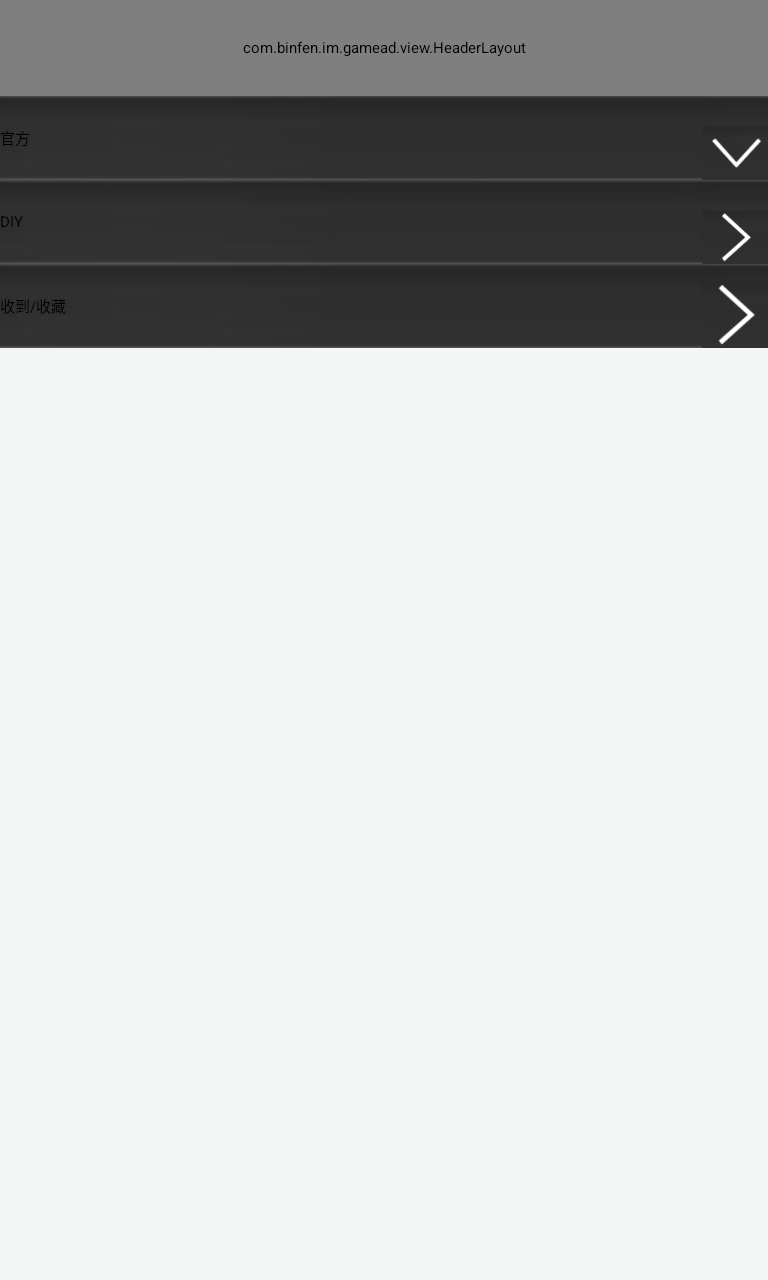
Repository: hosle/gad2
Layout: gamead_IM2/res/layout/xxh_gamelayout1.xml
These files come from the project's save history. The layout is drawn as it stood at one moment and after the next save; the edit follows.
Pictures or frames that could not be fetched are drawn as grey boxes. It is drawn on a 768 x 1280 px phone screen (xhdpi) without system bars, with theme AppTheme; the app's code is not run. Lists and similar views that code fills are empty.

Above is the layout before, as saved 2015-06-26 06:07:41.

### gamead_IM2/res/layout/xxh_gamelayout1.xml
<?xml version="1.0" encoding="utf-8"?>
<LinearLayout xmlns:android="http://schemas.android.com/apk/res/android"
    android:layout_width="match_parent"
    android:layout_height="match_parent"
    android:background="@color/base_bg"
    android:orientation="vertical" >

    <include
        android:id="@+id/common_actionbar"
        layout="@layout/include_action_bar" />

    <LinearLayout
        android:layout_width="match_parent"
        android:layout_height="42dp"
        android:orientation="vertical" >

        <RelativeLayout
            android:layout_width="match_parent"
            android:layout_height="42dp"
            android:background="@drawable/xxh_game_dir" >

            <TextView
                android:id="@+id/official_game"
                android:layout_width="wrap_content"
                android:layout_height="wrap_content"
                android:layout_alignParentLeft="true"
                android:layout_centerVertical="true"
                android:text="官方"
                android:textAppearance="?android:attr/textAppearanceLarge" />

            <ImageButton
                android:id="@+id/xxh_imagebnt1"
                android:layout_width="wrap_content"
                android:layout_height="wrap_content"
                android:layout_alignParentRight="true"
                android:layout_alignTop="@+id/official_game"
                android:background="@drawable/xxh_game_bkimgbnt"
                android:src="@drawable/xxh_game_ad" />

        </RelativeLayout>
    </LinearLayout>

    <com.binfen.im.gamead.view.ClearEditText
        android:id="@+id/et_msg_search"
        android:layout_width="fill_parent"
        android:layout_height="@dimen/base_action_bar_height"
        android:layout_margin="10dp"
        android:background="@drawable/base_edit_input"
        android:drawableLeft="@drawable/icon_msg_search"
        android:drawablePadding="10dp"
        android:hint="@string/message_search_hint"
        android:paddingLeft="10dp"
        android:paddingRight="10dp"
        android:singleLine="true"
        android:visibility="gone" />

<!--     <GridView
        android:id="@+id/gridgame"
        android:layout_width="match_parent"
        android:layout_height="260dp"
        android:layout_weight="0.82"
        android:columnWidth="90dp"
        android:gravity="center"
        android:horizontalSpacing="5dp"
        android:numColumns="auto_fit"
        android:stretchMode="columnWidth"
        android:verticalSpacing="5dp" >
    </GridView> -->
    <ListView
        android:id="@+id/listgame"
        android:layout_width="match_parent"
        android:layout_height="wrap_content"

        ></ListView>

    <LinearLayout
        android:layout_width="match_parent"
        android:layout_height="87dp"
        android:orientation="vertical" >

        <RelativeLayout
            android:layout_width="match_parent"
            android:layout_height="42dp"
            android:background="@drawable/xxh_game_dir" >

            <TextView
               android:id="@+id/receive_game"
               android:layout_width="wrap_content"
               android:layout_height="wrap_content"
               android:layout_alignParentLeft="true"
               android:layout_centerVertical="true"
               android:text="DIY"
               android:textAppearance="?android:attr/textAppearanceLarge" />

           <ImageButton
               android:id="@+id/xxh_imagebnt2"
               android:layout_width="wrap_content"
               android:layout_height="wrap_content"
               android:layout_alignParentRight="true"
               android:layout_alignTop="@+id/receive_game"
               android:background="@drawable/xxh_game_bkimgbnt"
               android:src="@drawable/xxh_game_ar" />

        </RelativeLayout>

        <RelativeLayout
            android:layout_width="match_parent"
            android:layout_height="42dp"
            android:background="@drawable/xxh_game_dir" >
           <TextView
               android:id="@+id/save_game"
               android:layout_width="wrap_content"
               android:layout_height="wrap_content"
               android:layout_alignParentLeft="true"
               android:layout_centerVertical="true"
               android:text="收到/收藏"
               android:textAppearance="?android:attr/textAppearanceLarge" />

           <ImageButton
               android:id="@+id/xxh_imagebnt3"
               android:layout_width="wrap_content"
               android:layout_height="wrap_content"
               android:layout_alignParentBottom="true"
               android:layout_alignParentRight="true"
               android:background="@drawable/xxh_game_bkimgbnt"
               android:src="@drawable/xxh_game_ar" />

        </RelativeLayout>

    </LinearLayout>

</LinearLayout>

### gamead_IM2/res/values/colors.xml
<?xml version="1.0" encoding="utf-8"?>
<resources>

    <color name="base_actionbar_bg">#f5f5f5</color>
    <color name="base_action_bar_title_color">#2f2725</color>
    <color name="base_tab_indicator_text_color">#f82c22</color>
    <color name="base_menu_left_bg">#393c44</color>
    <color name="pull_refresh_textview">#000000</color>
    <color name="base_color_text_black">#3e3e39</color>
    <color name="base_color_text_gray">#9fa0a0</color>
    <color name="base_color_text_white">#ffffff</color>
    <color name="home_item_color_bg">#f4f6f6</color>
    <color name="base_bg">#f4f6f6</color>
    <!-- zxing -->
    <color name="color_half_transparent">#b0000000</color>
    <color name="color_transparent_bg">#80000000</color>
    <color name="color_transparent_bg1">#e0000000</color>
    <!-- emot -->
    <color name="msg_emote_divider">#ffa1a1a1</color>
    <color name="color_bottom_bg">#272a2e</color>
    <color name="color_bottom_text_normal">#9da0a4</color>
    <color name="color_bottom_text_press">#4f9ef6</color>
    <color name="text_gray">#969696</color>
    <color name="transparent">#00000000</color>
    <color name="msg_chat_bg">#eceff4</color>

    <color name="theme_bg_color">#f0f2f5</color>
    <color name="color_theme">#489cfa</color>
    <color name="c_f98800">#ed4e23</color>

    <color name="dialog_color_title">#f82c22</color>
    <color name="guide_color">#898989</color>

    <color name="common_bg">#fcfcfc</color>

</resources>

### gamead_IM2/res/layout/include_action_bar.xml
<?xml version="1.0" encoding="utf-8"?>
<com.binfen.im.gamead.view.HeaderLayout
    xmlns:android="http://schemas.android.com/apk/res/android"
    android:layout_width="match_parent"
    android:layout_height="@dimen/base_action_bar_height" >

</com.binfen.im.gamead.view.HeaderLayout>

### gamead_IM2/res/values/dimens.xml
<resources>

    <!-- Default screen margins, per the Android Design guidelines. -->
    <dimen name="activity_horizontal_margin">16dp</dimen>
    <dimen name="activity_vertical_margin">16dp</dimen>
    <dimen name="text_size_small">14sp</dimen>
    <dimen name="text_size_medium">16sp</dimen>
    <dimen name="text_size_large">18sp</dimen>
    <dimen name="base_action_bar_height">48.0dip</dimen>
    <dimen name="base_action_bar_title_size">22.0sp</dimen>
    <dimen name="register_margin">10.0dp</dimen>
    <dimen name="base_scrollview_top_height">50.0dip</dimen>
    <dimen name="tab_padding_top_bottom">15dp</dimen>
    <dimen name="tab_padding_left_right">40dp</dimen>
    <dimen name="tab_height">48dp</dimen>
    <dimen name="base_line_width_1">1dip</dimen>
    <dimen name="base_line_width_2">2dip</dimen>
    <dimen name="base_line_width">0.5dip</dimen>

    <dimen name="time_line_line_left_margin">24dip</dimen>
    <dimen name="time_line_line_width">2.0dip</dimen>
    <dimen name="time_line_content_left_margin">52.0dip</dimen>
    <dimen name="time_line_content_right_margin">7.0dip</dimen>

    <dimen name="score_item_height">100.0dip</dimen>
     <dimen name="message_top_height">70.0dip</dimen>

     <dimen name="margin_chat_top">5.0dip</dimen>
</resources>

### gamead_IM2/res/values/strings.xml
<?xml version="1.0" encoding="utf-8"?>
<resources>

    <string name="app_name">缤分</string>
    <string name="action_settings">Settings</string>
    <string name="hello_world">Hello world!</string>
    <string name="login_username_hint">请输入用户名&#8230;</string>
    <string name="login_password_hint">请输入密码&#8230;</string>
    <string name="login_email_hint">请在此输入密码&#8230;</string>
    <string name="login">登录</string>
    <string name="register">注册</string>
    <string name="register_txt1">还没有账号？</string>
    <string name="register_txt2">立即注册 ></string>
    <string name="login_account">账号 </string>
    <string name="login_pwd">密码 </string>
    <string name="login_email">确认密码 </string>
    <string name="message_search_hint">搜索&#8230;</string>
    <string name="main_tab_recent">会话</string>
    <string name="main_tab_contact">联系人</string>
    <string name="mian_tab_set">设置</string>
    <string name="main_tab_game">游戏</string>
    <string name="xlistview_header_hint_normal">下拉刷新</string>
    <string name="xlistview_header_hint_ready">松开刷新数据</string>
    <string name="xlistview_header_hint_loading">正在加载&#8230;</string>
    <string name="xlistview_header_last_time">上次更新时间：</string>
    <string name="xlistview_footer_hint_normal">查看更多</string>
    <string name="xlistview_footer_hint_ready">松开载入更多</string>
    <string name="add_avator">头像</string>
    <string name="add_nick">昵称</string>
    <string name="add_name">账号</string>
    <string name="add_name_hint">请输入昵称&#8230;</string>
    <string name="add_gender">性别</string>
    <string name="set_notify">接收新消息通知</string>
    <string name="set_myinfo">个人资料</string>
    <string name="set_blacklist">黑名单</string>
    <string name="set_voice">声音</string>
    <string name="set_vibrate">震动</string>
    <string name="tips">提示</string>
    <string name="logout">退出登陆</string>
    <string name="pop_photo">拍照</string>
    <string name="pop_choose">从手机相册选中</string>
    <string name="network_tips">当前网络不可用,请检查您的网络!</string>
    <string name="toast_error_password_null">密码不能为空</string>
    <string name="toast_error_username_null">用户名不能为空</string>
    <string name="toast_error_comfirm_password">输入的两次密码不一致</string>
    <string name="blacklist">黑名单</string>
    <string name="chat">发起会话</string>
    <string name="add_friend">添加好友</string>
    <string name="send_state">已读</string>
    <string name="longclick_speak">长按说话</string>
    <string name="picture">照片</string>
    <string name="camera">拍摄</string>
    <string name="location">位置</string>
    <string name="xxh_game">游戏</string>
    <string name="black_tips">已添加至黑名单，你将不再收到对方的消息!</string>
    <string name="username">用户名</string>
    <string name="search">搜索</string>
    <string name="new_friends">新朋友</string>
    <string name="near_people">附近的人</string>
    <string name="voice_up_tips">手指上滑,取消发送</string>
    <string name="voice_cancel_tips">松开手指，取消发送</string>
    <string name="voice_seconds_tips">还可以说%1$s秒</string>
    <string name="voice_short_tips">录音时间太短</string>
    <string name="show_notice">\t\t\t\t\t自V1.0.6版本开始，应用源码中将不再公开ApplicationId,开发者请自行到官网申请。\n\t\t\t\t\t申请成功之后在应用程序启动页(SplashActivity)进行初始化操作!</string>
    <string name="title_activity_select_game_to_send">SelectGameToSendActivity</string>
    <string name="title_activity_maintest">MainActivity</string>
    <string name="title_activity_select_game_to_send2">SelectGameToSend2Activity</string>

</resources>

After the next save:
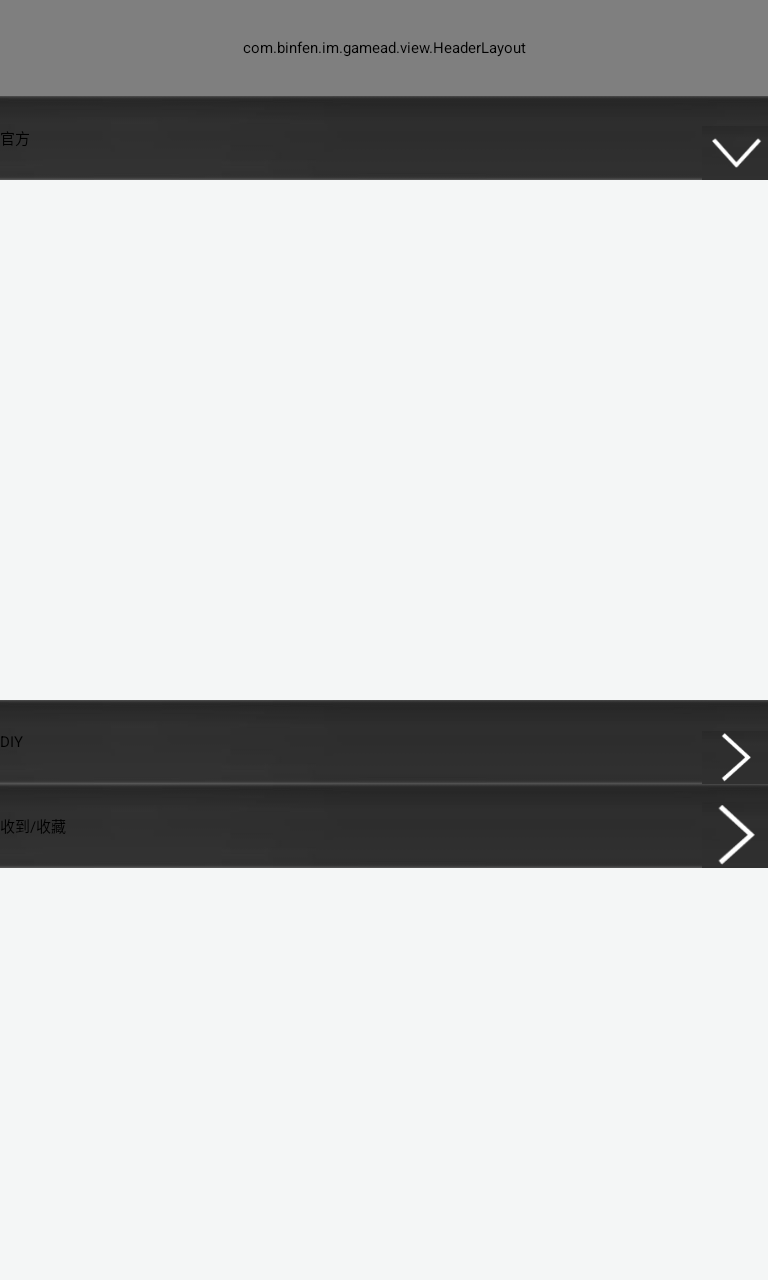
Saved 10 s later.
--- a/gamead_IM2/res/layout/xxh_gamelayout1.xml
+++ b/gamead_IM2/res/layout/xxh_gamelayout1.xml
@@ -69,7 +69,7 @@
     <ListView
         android:id="@+id/listgame"
         android:layout_width="match_parent"
-        android:layout_height="wrap_content"
+        android:layout_height="260dp"
 
         ></ListView>
 
